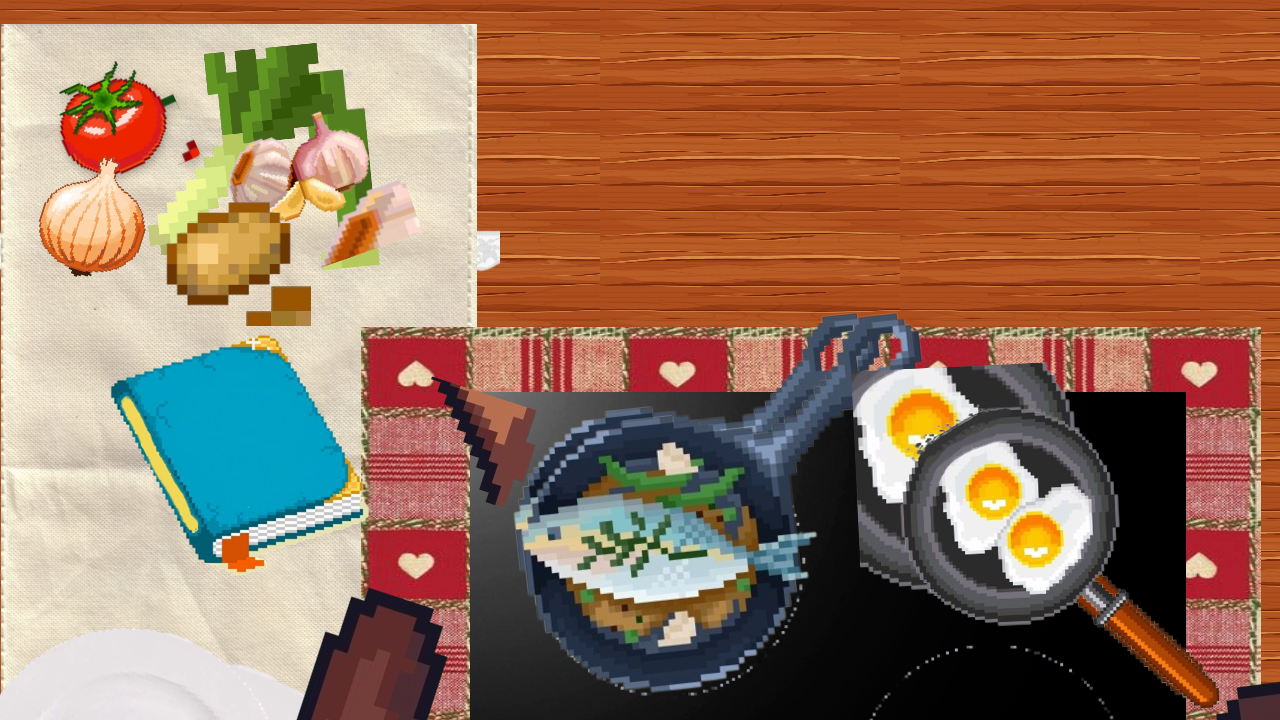
Repository: AJamdonuts/ToddyTalks
Page: playingaround2/pages/chefsujin.html
An editor plug-in stored every save of this project. The page is shown before and after the next save, followed by the edit.
The browser window is 1280 px wide. The pictures show the whole page.

Above is the page before, as saved 2025-11-26 22:24:58.
Console error: ReferenceError: MIN_SCALE is not defined

After the next save:
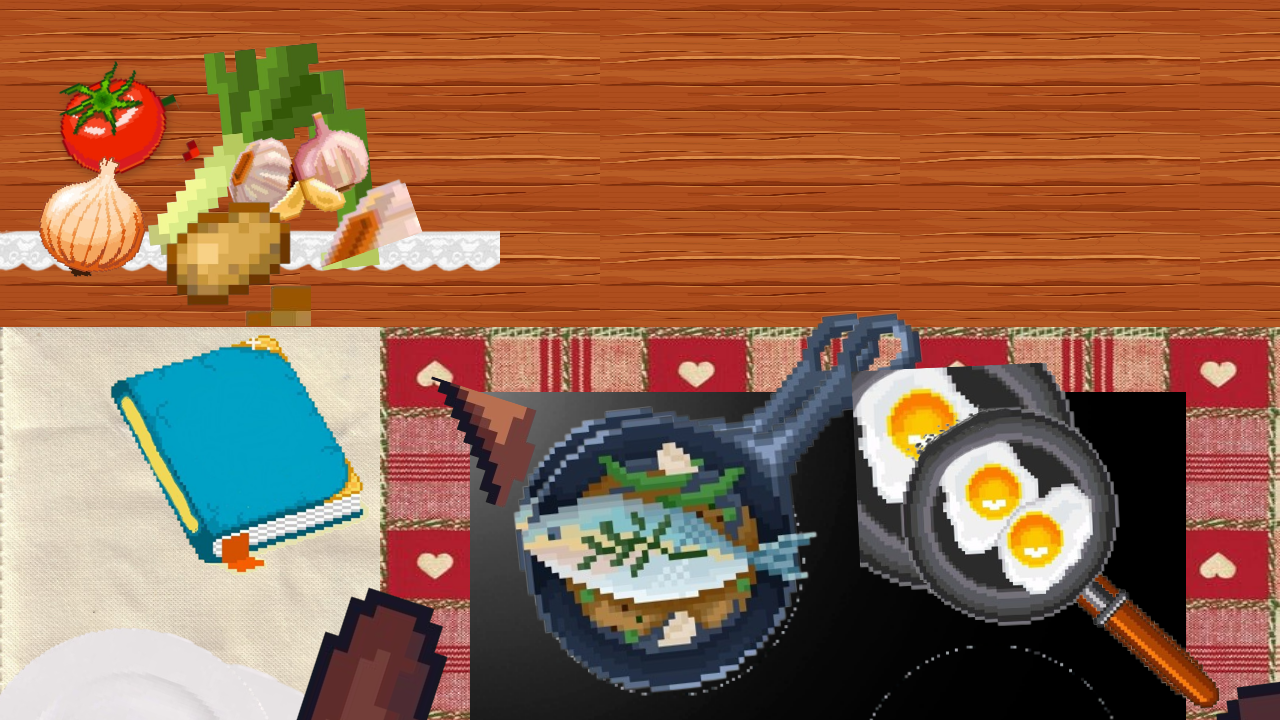
Saved 5 min 21 s later.
--- a/playingaround2/styles/chefsujin.css
+++ b/playingaround2/styles/chefsujin.css
@@ -167,8 +167,9 @@ body {
     position: absolute;
     width: 476px;
     height: 696px;
-    left: 1px;
+    left: 0px;
     bottom:0px;
+    top: 327px;
     background: url(b41e50d46e26e9463ce130b2da7a46aa.jpg);
 }
 
@@ -176,6 +177,7 @@ body {
     position: absolute;
     width: 900px;
     height: 697px;
-    left: 361px;
+    bottom: 0px;
     top: 327px;
+    right: 0px;
 }
